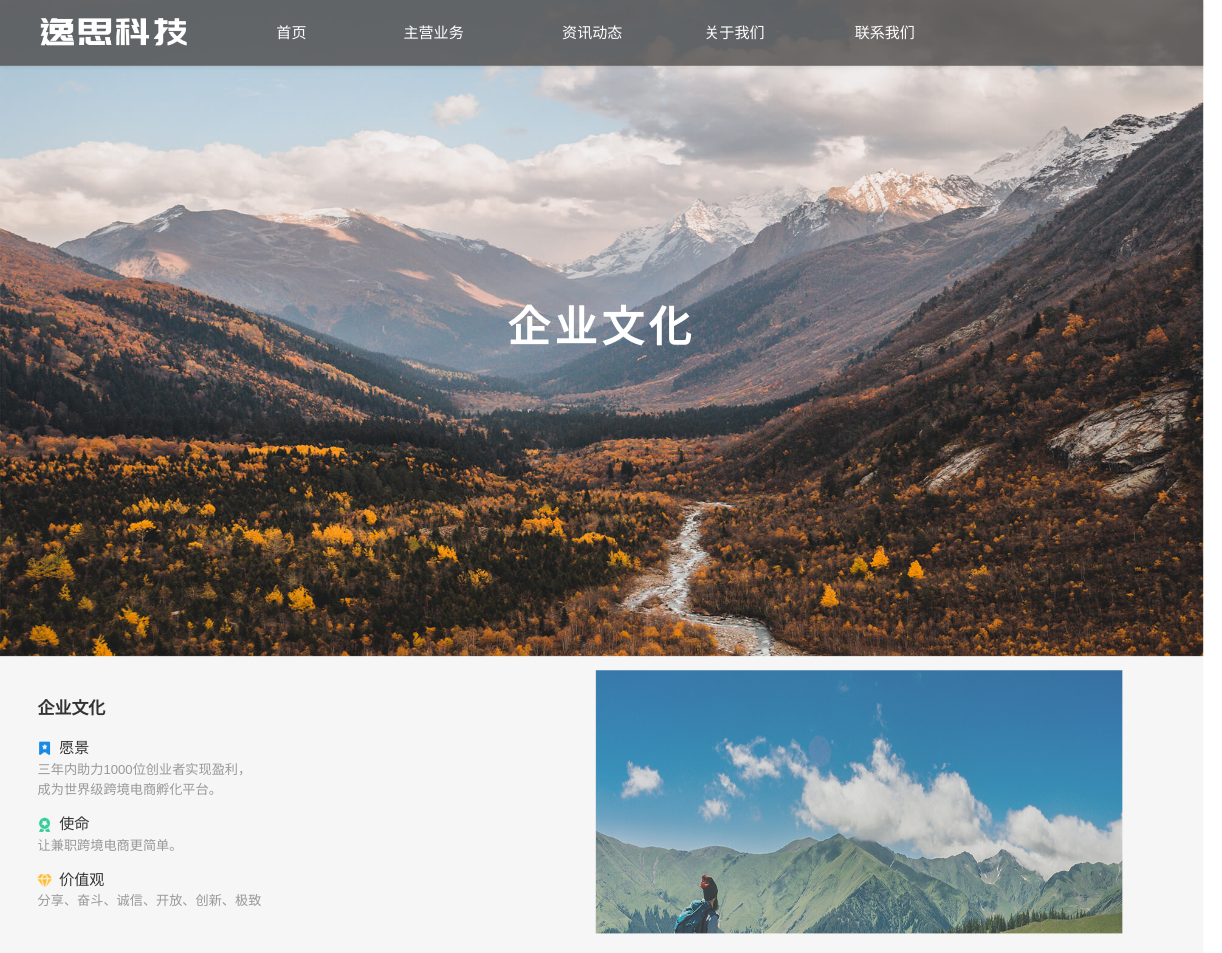
Repository: masterzhang/ztn
Page: brief3.html
These files come from the project's save history. The page is drawn as it stood at one moment and after the next save; the edit follows.
The browser window is 1280 px wide. The page is 1300 px wide, so the pictures cover 1300 px, including what lies to the right of the window. The pictures show the part of the page from y = 0 to 1014 px (the page is 1897 px tall before and 1888 px after), at 94% of full size.
Pictures or frames that could not be fetched are drawn as grey boxes.

Above is the page before, as saved 2021-11-25 15:47:18.
Console error: TypeError: Cannot read properties of undefined (reading 'top')

### brief3.html
<!DOCTYPE html
  PUBLIC "-//W3C//DTD XHTML 1.0 Transitional//EN" "http://www.w3.org/TR/xhtml1/DTD/xhtml1-transitional.dtd">
<!-- saved from url=(0032)https://www.ztn.com/culture.html -->
<html xmlns="http://www.w3.org/1999/xhtml">

<head>
  <meta http-equiv="Content-Type" content="text/html; charset=UTF-8">


  <meta http-equiv="X-UA-Compatible" content="IE=edge,chrome=1">
  <meta name="viewport"
    content="width=device-width, user-scalable=yes, initial-scale=0.2, maximum-scale=1.0, minimum-scale=0.2">
  <title>逸思科技-跨境电商孵化平台</title>
  <link href="/css/favicon.ico" rel="shortcut icon">
  <link rel="stylesheet" type="text/css" href="/css/settings.css">
  <link rel="stylesheet" type="text/css" href="/css/responsive.css">
  <link rel="stylesheet" href="/css/korbin.css">
  <script type="text/javascript" src="/js/jquery-3.6.0.min.js"></script>
</head>

<body>

  <div class="head">
    <div class="logo">
      <h1 style="margin-left: 20px;">
        <img src="/self/images2/logo.png" alt="">
      </h1>
    </div>
    <div class="nav">
      <ul>
        <li> <a class="cnh " href="/"> 首页 </a> </li>
        <li> <a class="cnh  arr " href="javascript:void(0);"> 主营业务 </a>
          <div class="sub">
            <a href="/oversea.html"> 业务模式</a>
          </div>
        </li>
        <li> <a class="cnh" href="/news.html"> 资讯动态 </a>
        </li>
        <li> <a class="cnh  arr " href="javascript:void(0);"> 关于我们 </a>
          <div class="sub">
            <a href="/brief2.html"> 企业介绍</a>
            <a href="/brief.html"> 企业发展</a>
            <a href="/culture.html"> 企业地图</a>
            <a href="/brief3.html"> 企业文化</a>
          </div>
        </li>
        <li> <a class="cnh arr" href="/contact.html"> 联系我们 </a>
          <div class="sub">
            <a href="/jobs.html"> 加入我们</a>
            <a href="/contact.html"> 联系我们</a>
          </div>
        </li>
      </ul>
    </div>
  </div>

  <link rel="stylesheet" type="text/css" href="/css/swiper.min.css">

  <div class="PageMain" style="background: #f6f6f6;">
    <div class="bannerInpicx juzhong">
      <img style="width: 100%;" src="/self/images2/企业文化顶图.jpg">
      <p class="ztculture">企业文化</p>
    </div>
    <div class="pagemian">
      <div class="pagemian_swiper">
        <div class="pagemian_swiper_left">
          <h3 class="culture_title">企业文化</h3>
          <div class="culture_line">
            <p class="cultureTilte"><img src="/images/58065b8d337ec5f1d0058ac9f7bae79c.png"> 愿景</p>
            <p class="cultureJie">三年内助力1000位创业者实现盈利，<br />成为世界级跨境电商孵化平台。</p>
          </div>
          <div class="culture_line">
            <p class="cultureTilte"><img src="/images/d44f9d1443049c06d1db48b1de49cf1c.png"> 使命</p>
            <p class="cultureJie">让兼职跨境电商更简单。</p>
          </div>
          <div class="culture_line">
            <p class="cultureTilte"><img src="/images/1cdfa37ff9de252cab676b4e3ab49286.png"> 价值观</p>
            <p class="cultureJie">分享、奋斗、诚信、开放、创新、极致</p>
          </div>

        </div>
        <div class="pagemian_swiper_right" style="display: block;">
          <div class="runbobox">
            <img src="/self/images2/企业文化逸思奋斗者.jpg" width="560" height="280" />
          </div>
        </div>
      </div>
    </div>

    <div class="cultureClassifica">
      <div class="cultureClassifica_first">
        <div class="cultureClassifica_first_left"
          style="background: url(&#39;/upload/banner/20210730/3f0fda0d31df53f7d490ee0798418f20.png&#39;) no-repeat;background-size: 100% 100%;">

          <p class="cultureClassificaTitle">价值观代言人</p>
          <div class="cultureDetailebox">
            <div class="cultureDetaile">
              <p>价值观代言人</p>
              <p>TA们是集团核心价值观的代言人，带领多位宝藏纵腾人成团出道，让文化接棒，践行核心价值观！让价值闪耀，凝聚纵人精气神！</p>
            </div>
          </div>

        </div>
        <div class="cultureClassifica_first_right"
          style="background: url(&#39;/upload/banner/20210730/8bacadef94ca0032fbed712d2b4fc857.png&#39;) no-repeat;background-size: 100% 100%;">
          <p class="cultureClassificaTitle">宝藏纵腾人</p>
          <div class="cultureDetailebox">
            <div class="cultureDetaile">
              <p>宝藏纵腾人</p>
              <p>TA们是践行集团核心价值观的标杆榜样，是价值观的具象表现，是看得见摸得着的价值载体，如同宝藏，闪耀纵腾。 </p>
            </div>
          </div>
        </div>
      </div>
      <div class="cultureClassifica_seceond">
        <div class="cultureClassifica_seceond_right"
          style="width: 100%;background: url(&#39;/upload/banner/20210730/4e8b6aaff991442b1dc90254697e5b07.png&#39;) no-repeat;background-size: 100% 100%;">
          <p class="cultureClassificaTitle">文化周边</p>
          <div class="cultureDetailebox">
            <div class="cultureDetaile">
              <p>文化周边</p>
              <p>文化周边产品是纵腾企业文化的别样体现，带有潮流文化的态度与理念，围绕纵腾文化精心打造了价值观文化衫、帆布袋、员工笔记本、员工便利贴等产品，展现纵腾文化力。</p>
            </div>
          </div>
        </div>
      </div>

      <div class="cultureClassifica_three">
        <div class="cultureClassifica_first_right yuangongGuanhuai"
          style="background: url(&#39;/upload/banner/20210730/6ef6c43417532fb5c79c0cdc8f4ac51c.png&#39;) no-repeat;background-size: 100% 100%;">
          <p class="cultureClassificaTitle">员工关怀</p>
          <div class="cultureDetailebox">
            <div class="cultureDetaile">
              <p>员工关怀</p>
              <p>趣味十足且具备仪式感的员工关怀活动，提升员工对集团的归属感及认同感，增强集团凝聚力，促进企业文化健康发展。</p>
            </div>
          </div>
        </div>
        <div class="cultureClassifica_first_left ballYuangong"
          style="background: url(&#39;/upload/banner/20210730/da8fa69e2b4f1c408cf37126f9adbadb.png&#39;) no-repeat;background-size: 100% 100%;">
          <p class="cultureClassificaTitle">员工俱乐部</p>
          <div class="cultureDetailebox">
            <div class="cultureDetaile">
              <p>员工俱乐部</p>
              <p>关爱员工身心健康，丰富业余文化生活，篮球俱乐部、羽毛球俱乐部、乒乓球俱乐部、桌球俱乐部、电竞俱乐部、桌游俱乐部，一应俱全，让员工生活充满小惊喜。</p>
            </div>
          </div>
        </div>
      </div>
    </div>

  </div>

  <script src="/js/swiper.min.js"></script>
  <!-- 数字滚动 -->
  <script type="text/javascript" src="/js/TweenLite.min.js"></script>
  <script type="text/javascript" src="/js/lem_counter.js"></script>

  <script type="text/javascript">
    $(function () {
      //窗口显示才加载
      var wrapTop = $(".digital").offset().top;
      var istrue = true;
      $(window).on("scroll",
        function () {
          var s = $(window).scrollTop();
          if (s > wrapTop - 600 && istrue) {
            $('.counter-numb').lemCounter();
            istrue = false;
          };
        });

    })
  </script>
  <script type="text/javascript">
    var mySwiper = new Swiper('.swiper-container', {
      autoplay: true,
      disableOnInteraction: false,
      autoplayDisableOnInteraction: false,//这个加了没啥用
      on: {
        slideChangeTransitionEnd: function () {
          this.autoplay.start();//就加这个玩意儿
        },
      },
      //direction: 'vertical', // 垂直切换选项
      loop: true, // 循环模式选项
      // 如果需要前进后退按钮
      navigation: {
        nextEl: '.swiper-button-next',
        prevEl: '.swiper-button-prev',
      },
      // 如果需要滚动条
    })
  </script>


  <div class="footer" style="clear: both">
    <div class="wrapperKn" style="width: 1300px;">
      <div class="foot_nav">
        <div class="box footlogo" style="align-items: flex-start;">
          <img src="/self/images2/logo.png" alt="">
        </div>
        <div class="box">
          <h3>首页</h3>
          <ul class="list">
            <li><a href="https://www.ztn.com/oversea.html">业务模式</a></li>
          </ul>
        </div>
        <div class="box">
          <h3>主营业务</h3>
          <ul class="list">
            <li><a href="https://www.ztn.com/oversea.html">业务模式</a></li>
          </ul>
        </div>
        <div class="box">
          <h3>咨询动态</h3>
        </div>
        <div class="box">
          <h3>关于我们</h3>
          <ul class="list">
            <li><a href="https://www.goodcang.com/" target="_blank">企业介绍</a></li>
            <li><a href="https://www.yunexpress.cn/" target="_blank">企业发展</a></li>
            <li><a href="https://www.gotenchina.com/" target="_blank">企业地图</a></li>
            <li><a href="https://www.miworldtech.com/">企业文化</a></li>
          </ul>
        </div>
        <div class="box">
          <h3>联系我们</h3>
          <ul class="list">
            <li><a href="https://www.goodcang.com/" target="_blank">联系我们</a></li>
            <li><a href="https://www.yunexpress.cn/" target="_blank">加入我们</a></li>
          </ul>
        </div>
        <div class="box qrcodebox" style="width: auto;">
          <div class="qrcode">
            <h5>微信公众号</h5>
            <img src="/self/images2/qrcode.jpg" alt="" width="150px">
          </div>
        </div>
      </div>
    </div>
  </div>

  <script type="text/javascript" src="/js/korbin.js"></script>

  <div>
    <div
      style="display: none; position: fixed; top: 30px; width: auto; max-width: 100%; text-align: center; left: 50%; transform: translateX(-50%); z-index: 99999999;">
      <div
        style="display: inline-block; font-size: 14px; font-weight: bold; border: 1px solid rgb(240, 195, 109); background-color: rgb(249, 237, 190); padding: 0px 10px; border-radius: 2px; box-shadow: rgba(0, 0, 0, 0.2) 0px 2px 4px;">
      </div>
    </div>
  </div>
</body>

</html>

### js/lem_counter.js
/******/ (function(modules) { // webpackBootstrap
/******/ 	// The module cache
/******/ 	var installedModules = {};
/******/
/******/ 	// The require function
/******/ 	function __webpack_require__(moduleId) {
/******/
/******/ 		// Check if module is in cache
/******/ 		if(installedModules[moduleId]) {
/******/ 			return installedModules[moduleId].exports;
/******/ 		}
/******/ 		// Create a new module (and put it into the cache)
/******/ 		var module = installedModules[moduleId] = {
/******/ 			i: moduleId,
/******/ 			l: false,
/******/ 			exports: {}
/******/ 		};
/******/
/******/ 		// Execute the module function
/******/ 		modules[moduleId].call(module.exports, module, module.exports, __webpack_require__);
/******/
/******/ 		// Flag the module as loaded
/******/ 		module.l = true;
/******/
/******/ 		// Return the exports of the module
/******/ 		return module.exports;
/******/ 	}
/******/
/******/
/******/ 	// expose the modules object (__webpack_modules__)
/******/ 	__webpack_require__.m = modules;
/******/
/******/ 	// expose the module cache
/******/ 	__webpack_require__.c = installedModules;
/******/
/******/ 	// define getter function for harmony exports
/******/ 	__webpack_require__.d = function(exports, name, getter) {
/******/ 		if(!__webpack_require__.o(exports, name)) {
/******/ 			Object.defineProperty(exports, name, {
/******/ 				configurable: false,
/******/ 				enumerable: true,
/******/ 				get: getter
/******/ 			});
/******/ 		}
/******/ 	};
/******/
/******/ 	// getDefaultExport function for compatibility with non-harmony modules
/******/ 	__webpack_require__.n = function(module) {
/******/ 		var getter = module && module.__esModule ?
/******/ 			function getDefault() { return module['default']; } :
/******/ 			function getModuleExports() { return module; };
/******/ 		__webpack_require__.d(getter, 'a', getter);
/******/ 		return getter;
/******/ 	};
/******/
/******/ 	// Object.prototype.hasOwnProperty.call
/******/ 	__webpack_require__.o = function(object, property) { return Object.prototype.hasOwnProperty.call(object, property); };
/******/
/******/ 	// __webpack_public_path__
/******/ 	__webpack_require__.p = "";
/******/
/******/ 	// Load entry module and return exports
/******/ 	return __webpack_require__(__webpack_require__.s = 0);
/******/ })
/************************************************************************/
/******/ ([
/* 0 */
/***/ (function(module, exports, __webpack_require__) {

"use strict";
/*
 Version: 1.0.0
 Author: lemehovskiy
 Website: http://lemehovskiy.github.io
 Repo: https://github.com/lemehovskiy/lem_counter
 */



var _typeof = typeof Symbol === "function" && typeof Symbol.iterator === "symbol" ? function (obj) { return typeof obj; } : function (obj) { return obj && typeof Symbol === "function" && obj.constructor === Symbol && obj !== Symbol.prototype ? "symbol" : typeof obj; };

var _createClass = function () { function defineProperties(target, props) { for (var i = 0; i < props.length; i++) { var descriptor = props[i]; descriptor.enumerable = descriptor.enumerable || false; descriptor.configurable = true; if ("value" in descriptor) descriptor.writable = true; Object.defineProperty(target, descriptor.key, descriptor); } } return function (Constructor, protoProps, staticProps) { if (protoProps) defineProperties(Constructor.prototype, protoProps); if (staticProps) defineProperties(Constructor, staticProps); return Constructor; }; }();

function _classCallCheck(instance, Constructor) { if (!(instance instanceof Constructor)) { throw new TypeError("Cannot call a class as a function"); } }

(function ($) {
    var LemCounter = function () {
        function LemCounter(element, options) {
            _classCallCheck(this, LemCounter);

            var self = this;

            //extend by function call
            self.settings = $.extend(true, {
                value_from: 0,
                value_to: 0,
                locale: false,
                value_to_from_content: false,
                animate_duration: 2
            }, options);

            self.$element = $(element);

            self.to_fixed_digits = 0;

            //extend by data options
            self.data_options = self.$element.data('lem-counter');
            self.settings = $.extend(true, self.settings, self.data_options);

            //value to from content
            if (self.settings.value_to_from_content) {
                //check if number and remove commas
                if (!isNaN(self.$element.text().replace(/,/g, ''))) {
                    self.settings = $.extend(true, self.settings, {
                        value_to: Number(self.$element.text().replace(/,/g, ''))
                    });
                }
            }

            //set start value
            self.counter_helper = { val: self.settings.value_from };

            self.init();
        }

        _createClass(LemCounter, [{
            key: 'init',
            value: function init() {

                var self = this;

                var counter_to = self.settings.value_to;

                //check if number is float
                if (isFloat(counter_to)) {
                    var string_counter_val_to = counter_to.toString();

                    self.to_fixed_digits = string_counter_val_to.substr(string_counter_val_to.indexOf('.') + 1).length;
                }

                TweenLite.to(self.counter_helper, self.settings.animate_duration, {
                    val: counter_to,
                    onUpdate: updateHandler,
                    ease: Linear.easeNone,
                    onComplete: function onComplete() {
                        self.$element.trigger('onComplete.lc');
                    }
                });

                function isFloat(n) {
                    return Number(n) === n && n % 1 !== 0;
                }

                function updateHandler() {
                    var value = self.counter_helper.val;

                    var num = value.toFixed(self.to_fixed_digits);

                    var num_locale = 0;

                    if (self.to_fixed_digits == 0) {
                        num_locale = parseInt(num);
                    } else {
                        num_locale = parseFloat(num);
                    }

                    if (self.settings.locale) {
                        num_locale = num_locale.toLocaleString(self.settings.locale, { maximumFractionDigits: self.to_fixed_digits });
                    }

                    self.$element.text(num_locale);
                }
            }
        }]);

        return LemCounter;
    }();

    $.fn.lemCounter = function () {
        var $this = this,
            opt = arguments[0],
            args = Array.prototype.slice.call(arguments, 1),
            length = $this.length,
            i = void 0,
            ret = void 0;
        for (i = 0; i < length; i++) {
            if ((typeof opt === 'undefined' ? 'undefined' : _typeof(opt)) == 'object' || typeof opt == 'undefined') $this[i].lem_counter = new LemCounter($this[i], opt);else ret = $this[i].lem_counter[opt].apply($this[i].lem_counter, args);
            if (typeof ret != 'undefined') return ret;
        }
        return $this;
    };
})(jQuery);

/***/ })
/******/ ]);

### js/korbin.js
/**
 *
 * @authors Korbin 280674094@qq.com
 * @date    2019-04-24 17:04:26
 * @version $Id$
 */

$(function(){

	$(".coordinate-item").hover(function(){
		$(this).find(".city-name").stop().animate({bottom:'40px',opacity:'0'},260,function(){
			$(this).hide();
		});
		$(this).find(".warehouse-detail").show().stop().animate({bottom:'26px',opacity:'1'},200);
	},function(){
		$(this).find(".warehouse-detail").stop().animate({bottom:'50px',opacity:'0'},200,function(){
			$(this).hide();
		});
		$(this).find(".city-name").show().stop().animate({bottom:'26px',opacity:'1'},260);
	});

	$(".coordinate-item").hover(function(){
		$(this).find(".warehouse_dright").show().stop().animate({left:'22px',opacity:'1'},200);
	},function(){
		$(this).find(".warehouse_dright").stop().animate({left:'50px',opacity:'0'},200,function(){
			$(this).hide();
		});

	});

	$(".switchFunc .tabT .box span").click(function(){
		$(this).addClass('curr').siblings().removeClass('curr');
	    var index = $(this).index();
	    var ip = $(this).parents('li');
	    number = index;
	    ip.find('.switchBody .item').hide();
	    ip.find('.switchBody .item:eq('+index+')').show();
	    var title = $(this).parents('.switchBrandLogo');
	    title.find('.showtp').text($(this).text());
	    title.find('.showtp').removeClass('active');
	    title.find('.box').slideUp('fast');
	});

	$('.switchBrandLogo .showtp').click(function(){
		$(this).parent().find('.box').stop().toggle();
		if($(this).hasClass('active')){
			$(this).removeClass('active')
		}else{
			$(this).addClass('active')
		}
	})

	// 视频新增与修改
	$('body').on('click','.playShade',function(){
		$(this).parent('.videoInner').addClass('videoPlay');
		document.getElementById('ourvideo').play();
		$(this).hide();
	});

	$('body').on('click','.closeVideoBtn',function(){
		document.getElementById('ourvideo').pause();
		$(this).parent('.videoInner').removeClass('videoPlay');
		$(this).parent('.videoInner').find('.playShade').show();
	});
	// video end

	$(".Ellipsis").each(function (i) {
        var divH = $(this).height();
        var $p = $(".gt", $(this)).eq(0);
        while ($p.outerHeight() > divH) {
          $p.text($p.text().replace(/(\s)*([a-zA-Z0-9]+|\W)(\.\.\.)?$/, "..."));
        };
      });

})

Loaded but not shown: css/settings.css (library); css/responsive.css (library); css/korbin.css (library); js/jquery-3.6.0.min.js (library); css/swiper.min.css (library); js/swiper.min.js (library); js/TweenLite.min.js (library)

After the next save:
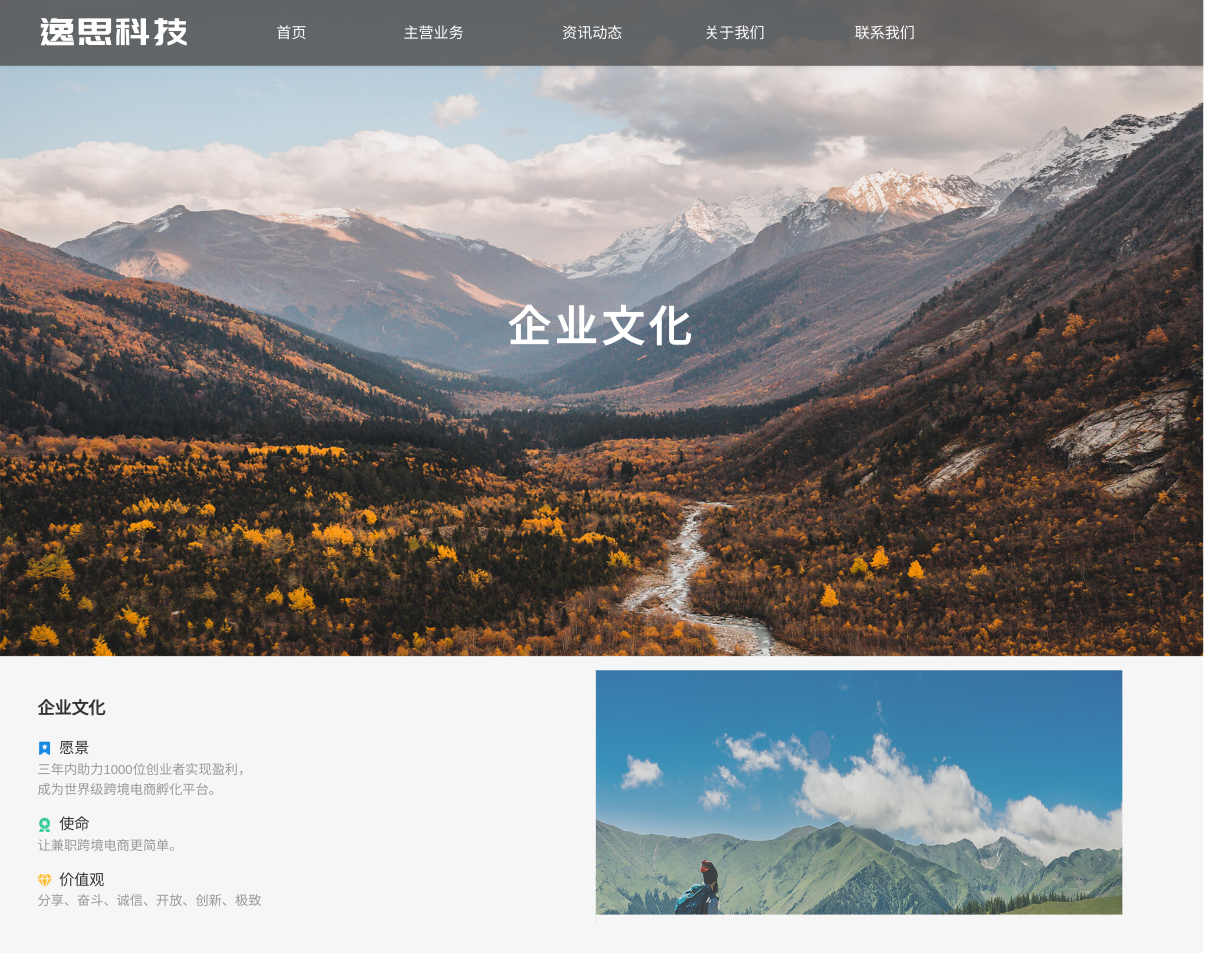
Saved 4 s later.
--- a/brief3.html
+++ b/brief3.html
@@ -81,7 +81,7 @@
         </div>
         <div class="pagemian_swiper_right" style="display: block;">
           <div class="runbobox">
-            <img src="/self/images2/企业文化逸思奋斗者.jpg" width="560" height="280" />
+            <img src="/self/images2/企业文化逸思奋斗者.jpg" width="560" height="260" />
           </div>
         </div>
       </div>
